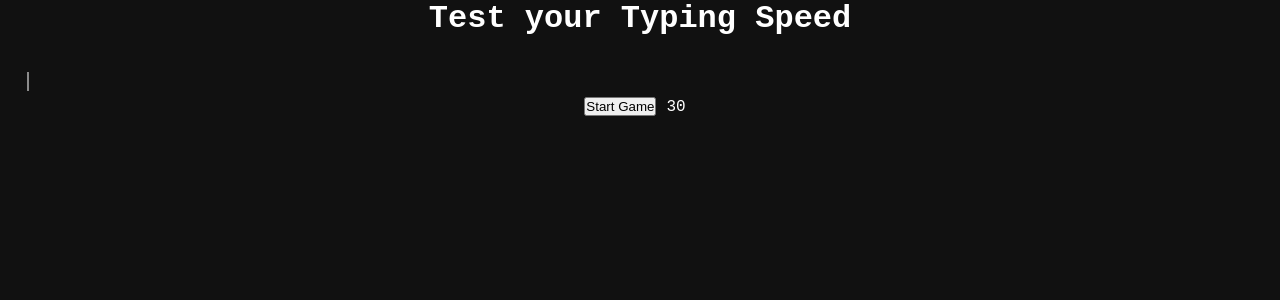
Repository: ThisIsSahaj/Js-Games
Page: TypingSpeed/index.html
The author's editor kept a copy of each file at every save. The page is drawn from the files as they stood at one save, then again after the next save.
The browser window is 1280 px wide. The pictures show the whole page.

Above is the page before, as saved 2024-05-20 11:54:43.

### TypingSpeed/index.html
<!DOCTYPE html>
<html lang="en">
<head>
    <meta charset="UTF-8">
    <meta http-equiv="X-UA-Compatible" content="IE=edge">
    <meta name="viewport" content="width=device-width, initial-scale=1.0">
    <title>Typing Speed</title>
    <link rel="stylesheet" href="style.css">
</head>
<body tabindex="0">
    <!-- using tabindex so that we can use body.focus() -->
    <h1>Test your Typing Speed</h1>

    <div class="game">
        <div class="words"></div>
        <div class="cursor"></div>
    </div>

    <div class="info">
        <button>Start Game</button>
        <div class="timer">30</div>
        <div class="result"></div>
    </div>
</body>
<script src="data.js"></script>
<script src="script.js"></script>
</html>

### TypingSpeed/style.css
*{
    margin: 0;
    padding: 0;
    box-sizing: border-box;
}

body{
    font-family: 'Roboto Mono', monospace;
    background-color: #111;
    color: white;
    display: flex;
    flex-direction: column;
    justify-content: center;
    align-items: center;
}

.game{
    /* border: 2px solid red; */
    margin: 30px ;
    line-height: 35px;
    /* height: 105px; */
    /* overflow: hidden; */
    color: gray;
    position: relative;
}

@keyframes blink {
    0%{
        opacity: 1;
    }
    50%{
        opacity: 0;
    }
    100%{
        opacity: 1;
    }
}

.cursor{
    width: 2px;
    height: 1.2rem;
    background: white;
    position: fixed;
    top: 72px;
    left: 27px;
    animation: blink .7s infinite;

}

.singleWord{
    /* border: 2px solid green; */
    display: inline-block;
}

 .correct {
    color: #fff;
}
 .incorrect {
    color: #f55;
}

.info{
    gap: 10px;
    display: flex;
    justify-content: center;
    align-items: center;
}

### TypingSpeed/data.js
const data = [
    "She did not tell them to clean up their lives, or go and sin no more. She did not tell them they were the blessed of the earth, its inheriting meek, or its glory-bound pure. She told them that the only grace they could have is the grace they could imagine. That if they could not see it, they could not have it.",


    "If there is one thing Voldemort cannot understand, it is love. He didn't realize that love as powerful as your mother's for you leaves its own mark. Not a scar, no visible sign… to have been loved so deeply, even though the person who loved us is gone, will give us some protection forever. It is in your very own skin.",

    "It is a curious thing, Harry, but perhaps those who are best suited to power are those who have never sought it. Those who, like you, have leadership thrust upon them, and take up the mantle because they must, and find to their own surprise that they wear it well.",

    "In this world, everything is governed by balance. There's what you stand to gain and what you stand to lose. And when you think you've got nothing to lose, you become overconfident.",

    "There are moments in life we should just be able to have a damn remote control, so you could pause it. Even if just for five minutes. But sometimes things happen with irreverent obscenity and there's nothing you can do to help it.",

    "The bullet of an M16 shoots out at 2100 miles per hour. Faster than the speed of sound. So if they shot you in the heart, you won't even hear the bullet that killed you.",

    "We've always defined ourselves by the ability to overcome the impossible. And we count these moments. These moments when we dare to aim higher, to break barriers, to reach for the stars, to make the unknown known. We count these moments as our proudest achievements. But we lost all that.",

    "When I was a kid, it seemed like they made something new every day. Some, gadget or idea, like every day was Christmas. But 6 billion people, just imagine that. And every last one of them trying to have it all. This world isn't so bad.",

    "Sometimes, you read a book and it fills you with this weird evangelical zeal, and you become convinced that the shattered world will never be put back together unless and until all living humans read the book.",

    "It's estimated that human beings only use 10% of their brain's capacity. Imagine if we could access 100%. Interesting things begin to happen. With all this knowledge, you could unlock secrets that go beyond out limiters. I'm not even sure that mankind is ready for it."
  ];

### TypingSpeed/script.js





const wordsDiv = document.querySelector('.words');

const body = document.querySelector('body');
const cursor = document.querySelector('.cursor');

const button = document.querySelector('button');

const timer = document.querySelector('.timer');
const result = document.querySelector('.result');
const gameTime = 30 * 1000;






// format each letter of a word
const formatWord = (word) => {
  return `
  <div class="singleWord"><span class="letter">${word.split('').join('</span><span class="letter">')}</span></div>
  `
}

let addClass = (element, className) => {
//   element.classlist.add(className);
     element.className += ' ' + className;
}

let removeClass = (element, className) => {
  // element.classlist.remove(className);
     element.className = element.className.replace(className, '');
}


const newGame = () => {

  // get a paragraph from the data
const words = `${data[Math.floor(Math.random() * data.length)]}`  //gettign {data} from data.js
// console.log(words);

// to split all the words whenever space comes and return an array
const newWords = words.split(" ");
// console.log('new words', newWords);

    wordsDiv.innerHTML = " ";
    let counter = 30;
    result.innerHTML = '';



    newWords.forEach(element => {
      wordsDiv.innerHTML += formatWord(element);
    });


    const singleWord = document.querySelector('.singleWord');
    // console.log('singleWord', singleWord);
    const letter = document.querySelector('.letter');
    // console.log('letter',letter)

    addClass(singleWord, 'current');
    addClass(letter, 'current');

    const firstLetter = document.querySelector('.letter.current');
    cursor.style.top = firstLetter.getBoundingClientRect().top + 'px';
    cursor.style.left = firstLetter.getBoundingClientRect().left + 'px';

    let countdownTimer = setInterval(() => {
      counter--;
      timer.textContent = counter;

      if (counter < 0) {
          clearInterval(countdownTimer);
          timer.textContent = "Time's up!";
      }
  }, 1000);

    setTimeout(() => {
      gameOver();
    }, gameTime);


    // to focus on body, because it is focusing on the button
    body.focus();

}

const gameOver = () => {
  alert("Time's Up!");
  timer.innerHTML = `GAME OVER!`
  result.innerHTML = `WPM: ${getWpm()}`;
}

const getWpm = () =>{

  const words = [...document.querySelectorAll('.singleWord')];
  // console.log(words);

  const lastTypedWord = document.querySelector('.singleWord.current'); // the current element where game stopped
  const lastTypedWordIndex = words.indexOf(lastTypedWord);

  // getting all the words typed
  const typedWords = words.slice(0, lastTypedWordIndex);
  // console.log('typedWords',typedWords);


  // to get all the words inside the typedWords array
  const correctWords = typedWords.filter(word =>{      //passing each typed word one by one

    //get all letters in each word and make an array
    const letters = [...word.children];
    // console.log('letters',letters);

    const incorrectLetters = letters.filter(curletter => curletter.className.includes('incorrect'));
    const correctLetters = letters.filter(curletter => curletter.className.includes('correct'));


    return incorrectLetters.length === 0 && correctLetters.length === letters.length;
  });


  return correctWords.length / gameTime * 60000;
}



const handleSpace = (expected, currentWord, currentLetter) => {
  if (expected !== ' ') {
    const lettersToInvalidate = [...document.querySelectorAll('.singleWord.current .letter:not(.correct)')];
    lettersToInvalidate.forEach(letter => {
      addClass(letter, 'incorrect');
    });
  }
  removeClass(currentWord, 'current');
  // console.log('current word', currentWord );
  addClass(currentWord.nextElementSibling, 'current');
  // console.log('new current word', currentWord.nextElementSibling );



  if (currentLetter) {
    removeClass(currentLetter, 'current');
    // console.log('currentLetter', currentLetter);
  }
  // console.log('currentWord firstChild', currentWord.nextElementSibling.firstChild);
  addClass(currentWord.nextElementSibling.firstChild, 'current')
}

const handleBackspace = (currentLetter, isFirstLetter, currentWord ) => {
  // if backspace at start of next word
  if (currentLetter && isFirstLetter) {
    // make previous word current
    removeClass(currentWord, 'current');
    addClass(currentWord.previousElementSibling, 'current');

    // make last letter current
    removeClass(currentLetter, 'current');
    addClass(currentWord.previousElementSibling.lastChild, 'current');

    removeClass(currentWord.previousElementSibling.lastChild, 'incorrect');
    removeClass(currentWord.previousElementSibling.lastChild, 'correct');
  }

  // if backspace in middle of a word
  if (currentLetter && !isFirstLetter) {
    removeClass(currentLetter, 'current');
    addClass(currentLetter.previousElementSibling, 'current');

    removeClass(currentLetter.previousElementSibling, 'incorrect');
    removeClass(currentLetter.previousElementSibling, 'correct');

  }

  // if backspace at the end of a word
  if(!currentLetter) //therefore expected = space
  {
    addClass(currentWord.lastChild, 'current');
    removeClass(currentWord.lastChild, 'incorrect');
    removeClass(currentWord.lastChild, 'correct');
  }
}


const moveCursor = () => {
  const nextLetter = document.querySelector('.letter.current');
  const nextWord = document.querySelector('.singleWord.current');

  // console.log('nextLetter',nextLetter);
  // console.log('nextWord',nextWord);

  if (nextLetter) {
    cursor.style.top = nextLetter.getBoundingClientRect().top + 'px';
    cursor.style.left = nextLetter.getBoundingClientRect().left + 'px';
  }
  //if next is space
  else{
    cursor.style.top = nextWord.getBoundingClientRect().top + 7  + 'px';
    cursor.style.left = nextWord.getBoundingClientRect().right + 'px';
  }
}






body.addEventListener('keyup', ev => {
    // console.log(ev);

    const key = ev.key;


    const currentWord = document.querySelector('.singleWord.current');
    const currentLetter = document.querySelector('.letter.current');
    // console.log('currentLetter',currentLetter);

    //if no currentLetter, then expected key will be space
    const expected = currentLetter?.innerHTML || ' ';


    //check whether the input is a letter or not
    //if it's length is not equal to 1, it means it is 'Backspace'
    //if key is empty ' ' it means  it is the space key
    const isLetter = key.length === 1 && key !== ' ';
    const isSpace = key === ' ';
    const isBackSpace = key === 'Backspace';
    const isFirstLetter = currentLetter === currentWord.firstChild;



    // console.log({key, expected});

    if (isLetter) {
      if (currentLetter) {
        addClass(currentLetter, key === expected ? 'correct' : 'incorrect');   //if key = expected key, then add class correct, if not then add class incorrect
        removeClass(currentLetter, 'current');
        if (currentLetter.nextSibling) {
          addClass(currentLetter.nextSibling, 'current');
          // console.log('new currentLetter',currentLetter.nextSibling);
        }
      }
    }

    // if key is SPACE
    if(isSpace)
    {
     handleSpace(expected, currentWord, currentLetter);
    }

    // if key is BACKSPACE
    if (isBackSpace) {
    handleBackspace(currentLetter, isFirstLetter, currentWord);
    }


    // move cursor
    moveCursor();


})

button.addEventListener('click', newGame);

After the next save:
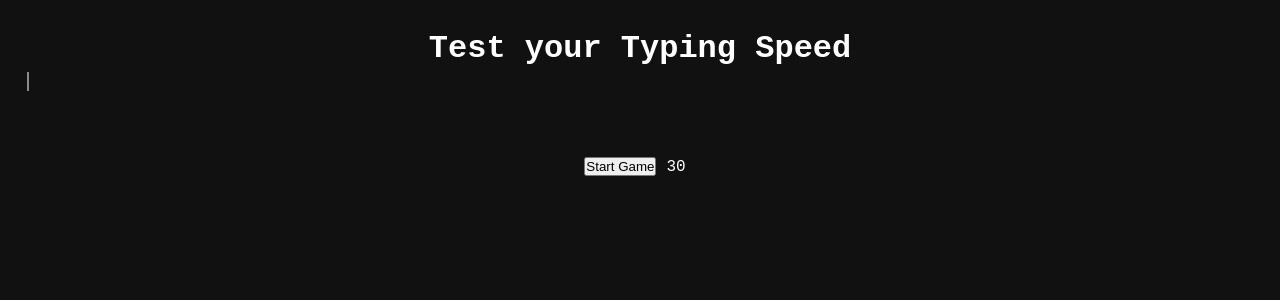
Saved 41 s later.
--- a/TypingSpeed/style.css
+++ b/TypingSpeed/style.css
@@ -12,6 +12,10 @@
     flex-direction: column;
     justify-content: center;
     align-items: center;
+}
+
+h1{
+    margin: 30px;
 }
 
 .game{
